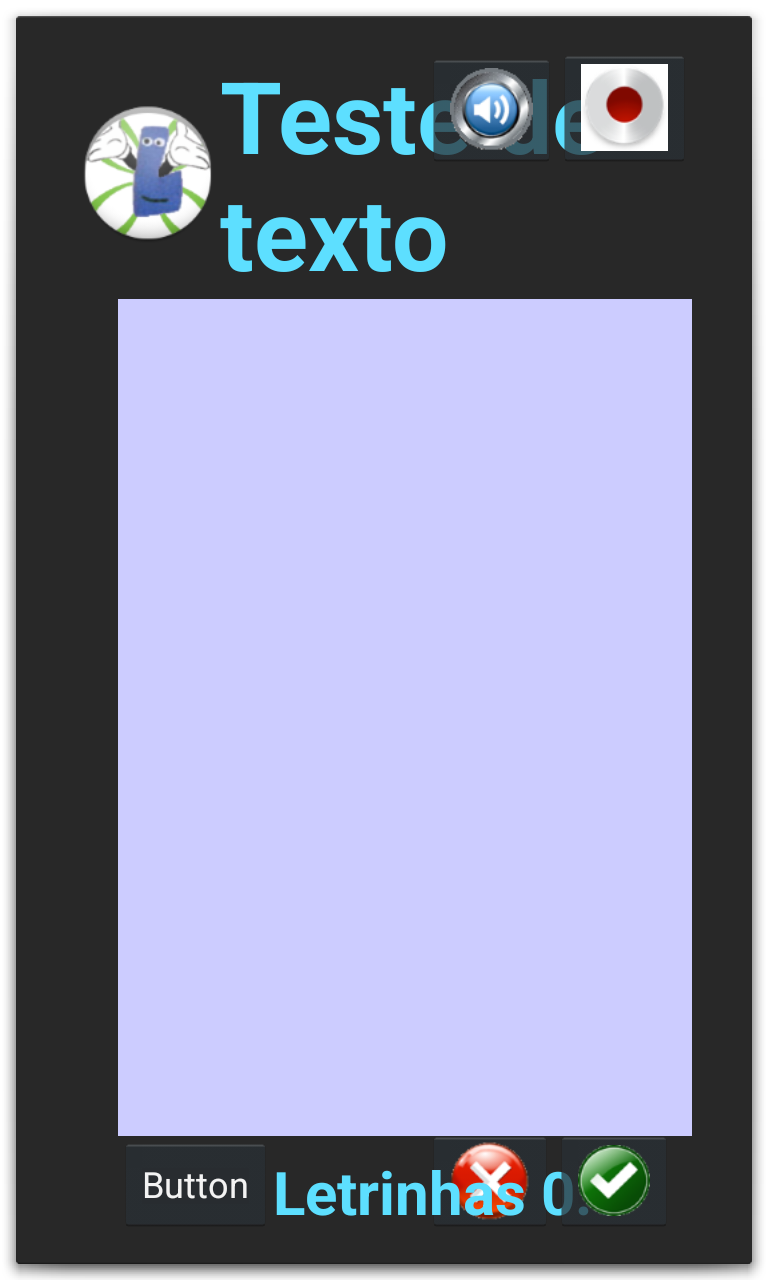
Repository: iptomar/letrinhas_documentacao
Layout: Letrinhas/APP/Prototipos/Letrinhas05/res/layout/activity_teste__texto__aluno.xml
These files come from the project's save history. The layout is drawn as it stood at one moment and after the next save; the edit follows.
It is drawn on a 768 x 1280 px phone screen (xhdpi) without system bars, with theme android:Theme.Holo.Dialog.NoActionBar; the app's code is not run.

Above is the layout before, as saved 2014-05-19 00:04:27.

After the next save:
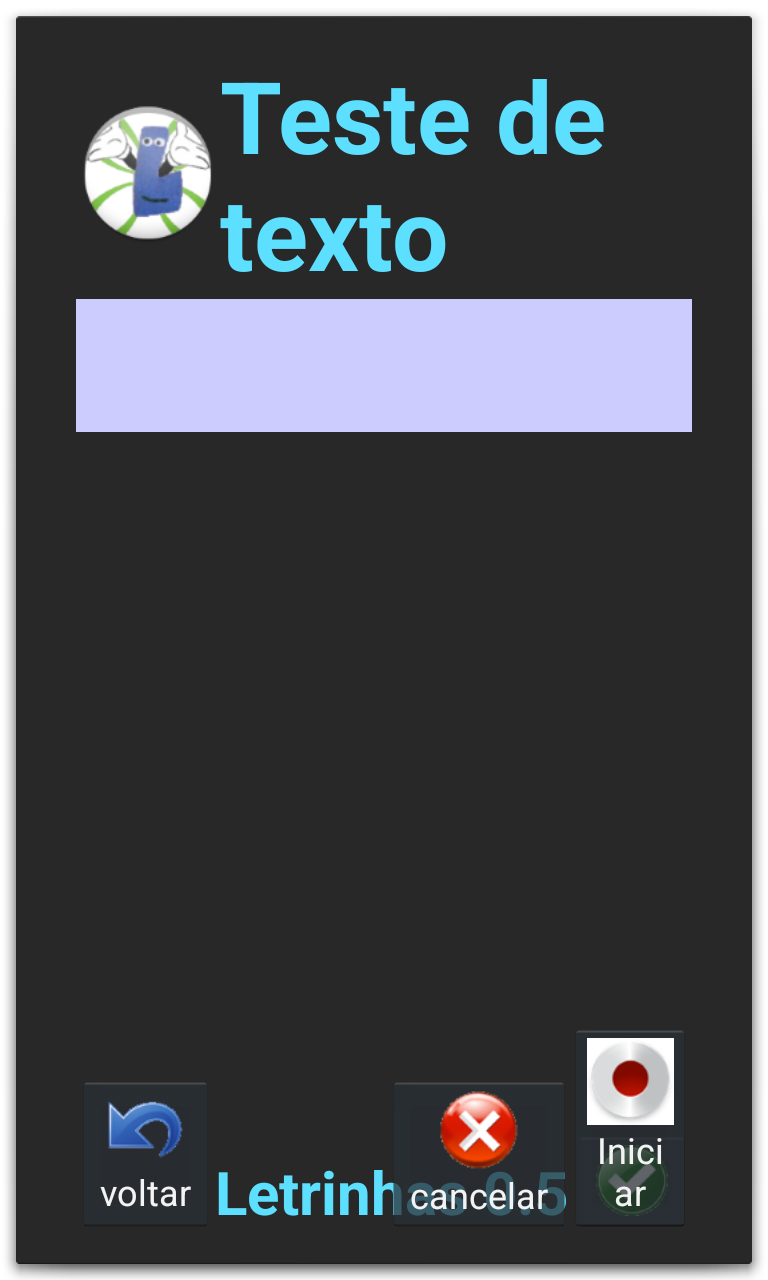
Saved 2 s later.
--- a/Letrinhas/APP/Prototipos/Letrinhas05/res/layout/activity_teste__texto__aluno.xml
+++ b/Letrinhas/APP/Prototipos/Letrinhas05/res/layout/activity_teste__texto__aluno.xml
@@ -22,24 +22,13 @@
         android:textSize="50sp"
         android:textStyle="bold" />
 
-    <ImageButton
-        android:id="@+id/txtRecord"
-        android:layout_width="wrap_content"
-        android:layout_height="wrap_content"
-        android:layout_alignParentRight="true"
-        android:layout_alignTop="@+id/textCabecalho"
-        android:contentDescription="@string/Recording"
-        android:src="@drawable/record" />
-
     <ScrollView
         android:id="@+id/txtTela"
         android:layout_width="wrap_content"
         android:layout_height="wrap_content"
-        android:layout_above="@+id/txtVoltar"
-        android:layout_alignLeft="@+id/textCabecalho"
-        android:layout_alignRight="@+id/txtRecord"
+        android:layout_alignParentLeft="true"
+        android:layout_alignParentRight="true"
         android:layout_below="@+id/textCabecalho"
-        android:layout_marginLeft="21dp"
         android:background="#ccccff"
         android:paddingBottom="10dp"
         android:paddingLeft="10dp"
@@ -64,33 +53,6 @@
         </LinearLayout>
     </ScrollView>
 
-    <ImageButton
-        android:id="@+id/txtPlay"
-        android:layout_width="wrap_content"
-        android:layout_height="wrap_content"
-        android:layout_alignBottom="@+id/txtRecord"
-        android:layout_toLeftOf="@+id/txtRecord"
-        android:contentDescription="@string/play"
-        android:src="@drawable/palyoff" />
-
-    <ImageButton
-        android:id="@+id/txtCancel"
-        android:layout_width="wrap_content"
-        android:layout_height="wrap_content"
-        android:layout_alignLeft="@+id/txtPlay"
-        android:layout_alignTop="@+id/txtAvaliar"
-        android:contentDescription="@string/sair"
-        android:src="@drawable/cancelar" />
-
-    <Button android:text="Button"
-        android:id="@+id/txtVoltar"
-        android:layout_width="wrap_content"
-        android:layout_height="wrap_content"
-        android:layout_alignLeft="@+id/txtTela"
-        android:layout_alignParentBottom="true"
-        android:contentDescription="@string/voltar"
-        />
-
     <TextView
         android:id="@+id/textRodape"
         android:layout_width="wrap_content"
@@ -106,9 +68,49 @@
         android:id="@+id/txtAvaliar"
         android:layout_width="wrap_content"
         android:layout_height="wrap_content"
-        android:layout_alignBottom="@+id/textRodape"
-        android:layout_toRightOf="@+id/txtCancel"
+        android:layout_alignParentBottom="true"
+        android:layout_alignParentRight="true"
         android:contentDescription="@string/entrar"
         android:src="@drawable/valido" />
 
+    <Button
+        android:id="@+id/txtCancel"
+        android:layout_width="wrap_content"
+        android:layout_height="wrap_content"
+        android:layout_alignTop="@+id/txtVoltar"
+        android:layout_toLeftOf="@+id/txtAvaliar"
+        android:contentDescription="@string/sair"
+        android:drawableTop="@drawable/cancelar"
+        android:text="@string/cancel" />
+
+    <Button
+        android:id="@+id/txtDemo"
+        android:layout_width="wrap_content"
+        android:layout_height="wrap_content"
+        android:layout_alignParentBottom="true"
+        android:layout_toRightOf="@+id/txtRecord"
+        android:contentDescription="@string/play"
+        android:drawableTop="@drawable/palyoff"
+        android:text="@string/demo" />
+
+    <Button
+        android:id="@+id/txtRecord"
+        android:layout_width="wrap_content"
+        android:layout_height="wrap_content"
+        android:layout_alignParentBottom="true"
+        android:layout_toRightOf="@+id/textRodape"
+        android:contentDescription="@string/Recording"
+        android:drawableTop="@drawable/record"
+        android:text="@string/iniciar" />
+
+    <Button
+        android:id="@+id/txtVoltar"
+        android:layout_width="wrap_content"
+        android:layout_height="wrap_content"
+        android:layout_alignParentBottom="true"
+        android:layout_alignParentLeft="true"
+        android:contentDescription="@string/voltar"
+        android:drawableTop="@drawable/voltar"
+        android:text="@string/voltar" />
+
 </RelativeLayout>
